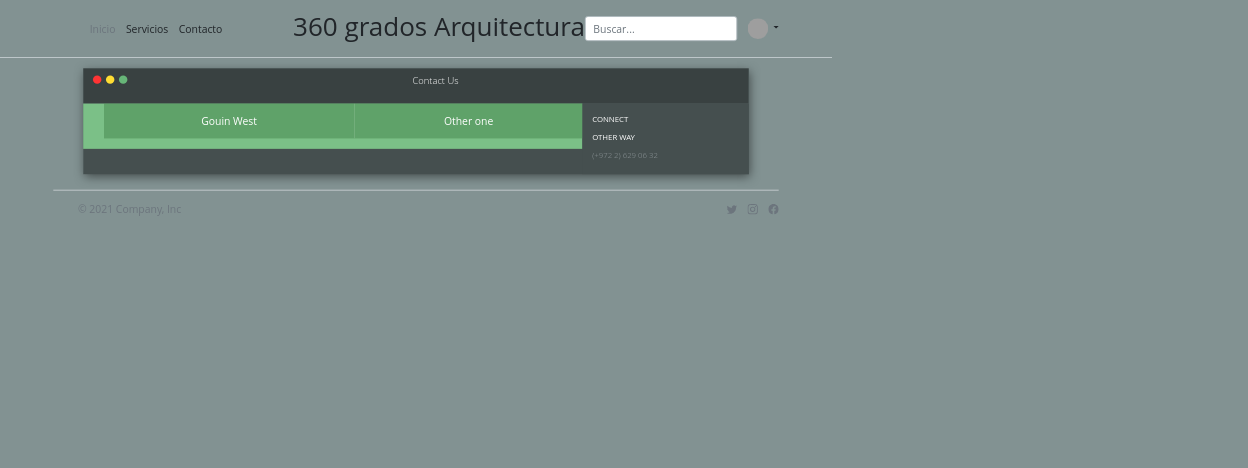
Repository: RaquelAlvarezz/Recuperaci-n-Bootstrap
Page: http://localhost/contacto.php
The author's editor kept a copy of each file at every save. The page is drawn from the files as they stood at one save, then again after the next save.
The browser window is 1280 px wide. The page is 1280 px wide, then 1920 px, so the pictures cover 1920 px, including what lies to the right of the window. The pictures show the whole page, at 65% of full size.
Pictures or frames that could not be fetched are drawn as grey boxes. The page is run by PHP 8.4 with error messages shown; the project is at /var/www/html/.

Above is the page before, as saved 2022-02-17 12:04:56.

After the next save:
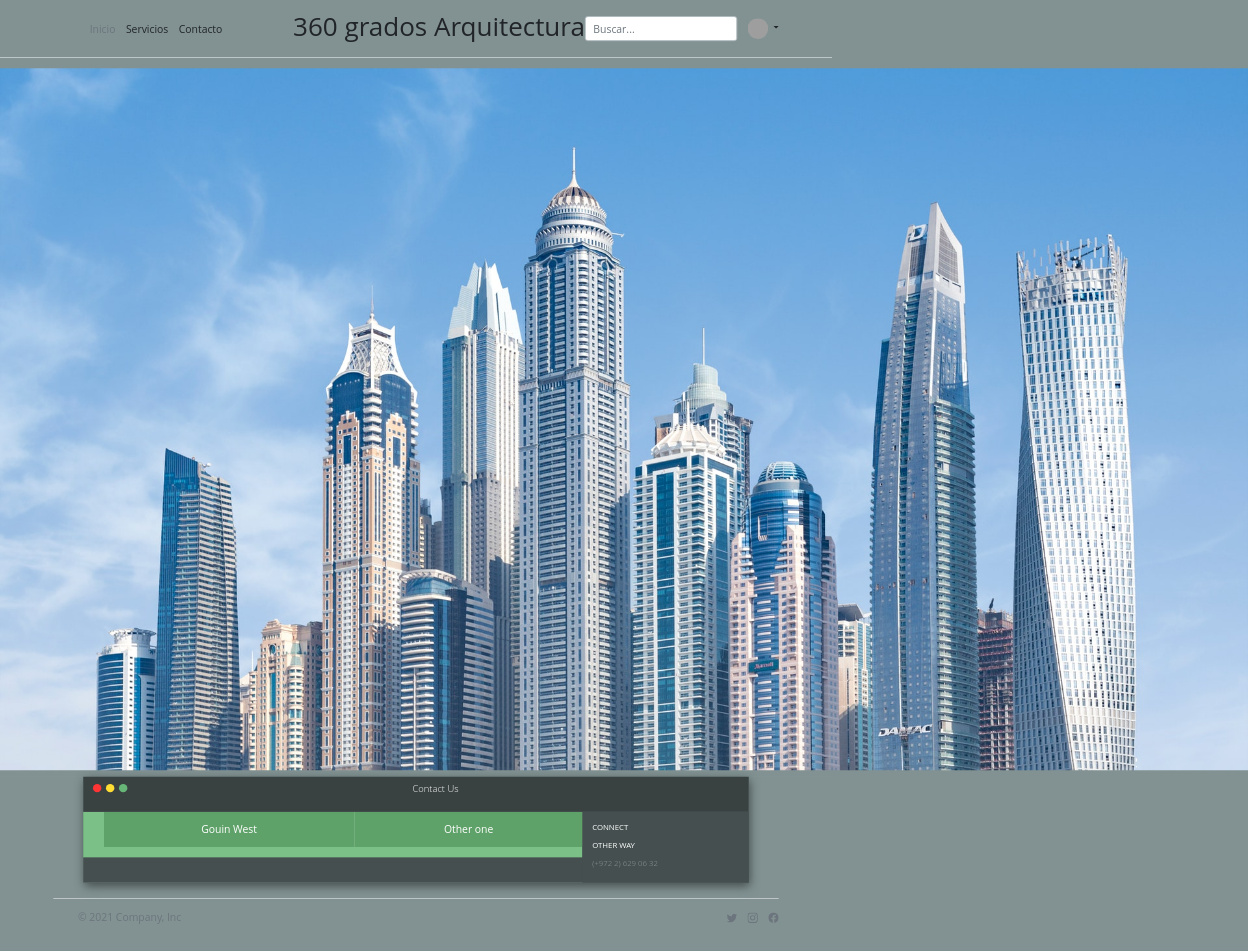
Saved 53 s later.
--- a/contacto.php
+++ b/contacto.php
@@ -15,6 +15,7 @@
 <?php include "header.php"; ?>
 
 <main>
+<image src="./img/pexels-aleksandar-pasaric-618079.jpg" ></image>
 <div class="map">
 <div id='browser'>
   <div id='browser-bar'>
